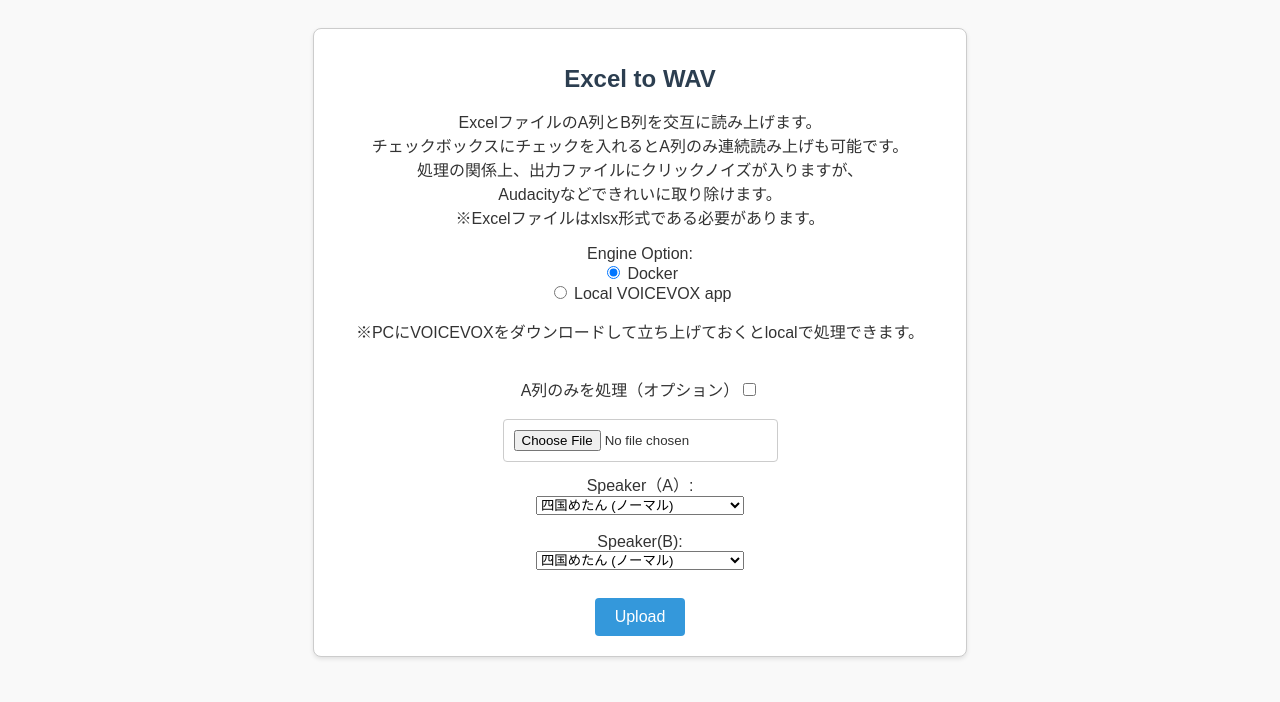
Repository: limonene213u/Excel-to-VOICE
Page: http://localhost/
These files come from the project's save history. The page is drawn as it stood at one moment and after the next save; the edit follows.
The browser window is 1280 px wide. The pictures show the whole page.
The page is served by the project's application, run on Flask 3 (volume/app.py).

Above is the page before, as saved 2023-10-11 11:01:29.

### volume/templates/index.html
<!DOCTYPE html>
<html lang="ja">
<head>
    <meta charset="UTF-8">
    <meta name="viewport" content="width=device-width, initial-scale=1.0">
    <title>VOICEVOX Excel to WAV</title>
    <style>
        body {
            font-family: Arial, sans-serif;
            padding: 20px;
            text-align: center;
            background-color: #f9f9f9;
            color: #333;
        }
        #upload-form {
            margin: auto;
            width: 50%;
            padding: 20px;
            border: 1px solid #ccc;
            border-radius: 8px;
            background-color: #fff;
            box-shadow: 0 2px 4px rgba(0,0,0,0.1);
        }
        #upload-form h1 {
            margin-bottom: 10px;
            font-size: 24px;
            color: #2c3e50;
        }
        #upload-form input[type="file"] {
            margin-bottom: 10px;
            padding: 10px;
            border: 1px solid #ccc;
            border-radius: 4px;
        }
        #upload-button {
            margin-top: 10px;
            padding: 10px 20px;
            border: none;
            border-radius: 4px;
            background-color: #3498db;
            color: #fff;
            font-size: 16px;
            cursor: pointer;
        }
        #upload-button:hover {
            background-color: #2980b9;
        }
    </style>
</head>
<body>
    <div id="upload-form">
        <h1>Excel to WAV</h1>
        <p style="text-align: center;">ExcelファイルのA列とB列を交互に読み上げます。<br>
            チェックボックスにチェックを入れるとA列のみ連続読み上げも可能です。<br>
        処理の関係上、出力ファイルにクリックノイズが入りますが、<br>
        Audacityなどできれいに取り除けます。<br>
        ※Excelファイルはxlsx形式である必要があります。</p>
    <form action="/upload" method="post" enctype="multipart/form-data">
        <label for="engine-option">Engine Option:</label><br>
        <input type="radio" id="docker-engine" name="engine-option" value="docker" checked>
        <label for="docker-engine">Docker</label><br>
        <input type="radio" id="local-engine" name="engine-option" value="local">
        <label for="local-engine">Local VOICEVOX app</label><br>
        <p style="text-align: center;">※PCにVOICEVOXをダウンロードして立ち上げておくとlocalで処理できます。</p><br>
        <label for="single_column">A列のみを処理（オプション）</label><input type="checkbox" name="single_column" id="single_column"><br><br>
        <input type="file" name="file" accept=".xlsx" required>
        <br>
        <label for="speaker-id-a">Speaker（A）:</label><br>
        <select id="speaker-id-a" name="speaker-id-a">
            <option value="2">四国めたん (ノーマル)</option>
            <option value="0">四国めたん (あまあま)</option>
            <option value="36">四国めたん (ささやき)</option>
            <option value="3">ずんだもん (ノーマル)</option>
            <option value="1">ずんだもん (あまあま)</option>
            <option value="22">ずんだもん (ささやき)</option>
            <option value="38">ずんだもん (ひそひそ)</option>
            <option value="8">春日部つむぎ (ノーマル)</option>
            <option value="23">WhiteCUL (ノーマル)</option>
            <option value="24">WhiteCUL (たのしい)</option>
            <option value="25">WhiteCUL (かなしい)</option>
            <option value="26">WhiteCUL (びえーん)</option>
            <option value="30">No.7 (アナウンス)</option>
            <option value="31">No.7 (読み聞かせ)</option>
            <!-- ... 他の話者のオプションを追加するにゃん -->
            <option value="50">ナースロボ＿タイプＴ (内緒話)</option>
        </select><br><br>
            <!-- 2つ目の話者を選択するドロップダウンメニューを追加にゃん -->
            <label for="speaker-id-b">Speaker(B):</label><br>
            <select name="speaker-id-b" id="speaker-id-b">
                <!-- ここに話者のオプションを追加するにゃん -->
                <option value="2">四国めたん (ノーマル)</option>
                <option value="0">四国めたん (あまあま)</option>
                <option value="36">四国めたん (ささやき)</option>
                <option value="3">ずんだもん (ノーマル)</option>
                <option value="1">ずんだもん (あまあま)</option>
                <option value="22">ずんだもん (ささやき)</option>
                <option value="38">ずんだもん (ひそひそ)</option>
                <option value="8">春日部つむぎ (ノーマル)</option>
                <option value="23">WhiteCUL (ノーマル)</option>
                <option value="24">WhiteCUL (たのしい)</option>
                <option value="25">WhiteCUL (かなしい)</option>
                <option value="26">WhiteCUL (びえーん)</option>
                <option value="30">No.7 (アナウンス)</option>
                <option value="31">No.7 (読み聞かせ)</option>
                <!-- ... 他の話者のオプションを追加するにゃん -->
                <option value="50">ナースロボ＿タイプＴ (内緒話)</option>
        </select><br><br>
        <input type="submit" value="Upload" id="upload-button">
    </form>
</body>
</html>

### volume/app.py
# app.py
from flask import Flask, render_template, request, send_file, jsonify, redirect, url_for, send_from_directory, Blueprint, make_response
import openpyxl
import requests
import json
import wave

app = Flask(__name__, static_folder='./static', template_folder='./templates')

@app.route('/')
def index():
    return render_template('index.html')

def generate_silence(duration_ms, sample_rate=24000):
    # 無音データのサンプル数を計算
    num_samples = int(duration_ms * sample_rate / 1000)
    # すべてのサンプル値が0のバイト列を作成
    silence_data = b'\x00' * (num_samples * 2)  # 16-bit PCMなので2バイト/サンプル
    return silence_data

def process_cell(cell, speaker_id, engine_url):
    cell_value = cell.value
    if cell_value:
        # 音声化する文言と話者を指定(3で標準ずんだもんになる)
        params = (
            ('text', cell_value),
            ('speaker', speaker_id),  # ドロップダウンメニューで選択された話者IDを使用
        )
        # 音声合成用のクエリ作成
        query = requests.post(
            f'{engine_url}/audio_query',  # エンジンのURLを動的に変更
            params=params
        )
        # 音声合成を実施
        synthesis = requests.post(
            f'{engine_url}/synthesis',  # エンジンのURLを動的に変更
            headers={"Content-Type": "application/json"},
            params=params,
            data=json.dumps(query.json())
        )
        return synthesis.content  # 音声データを返す
    return b''  # ここを追加

@app.route('/upload', methods=['POST'])
def upload_file():
    file = request.files['file']
    engine_option = request.form['engine-option']
    speaker_id_a = request.form['speaker-id-a']  # A列の話者IDを取得する
    speaker_id_b = request.form['speaker-id-b']  # B列の話者IDを取得する
    single_column = request.form.get('single_column') == 'on'  # チェックボックスの値を取得する
    engine_url = 'http://host.docker.internal:50021' if engine_option == 'local' else 'http://voicevox:50021'

    if file:
        # Excelファイルを処理
        workbook = openpyxl.load_workbook(file)
        sheet = workbook.active

        wav_data = b''  # 連結された音声データを保持する
        silence_data = generate_silence(500)  # 500ミリ秒の無音データを生成する

        # チェックボックスがオンの場合は2行目から処理する
        for row_idx in range(2, sheet.max_row + 1):
            if single_column:  # チェックボックスがオンの場合はA列のみを処理する
                col_idx = 1
                wav_data += process_cell(sheet.cell(row=row_idx, column=col_idx), speaker_id_a, engine_url)
            else:  # チェックボックスがオフの場合はA列→B列の順に処理する
                wav_data += process_cell(sheet.cell(row=row_idx, column=1), speaker_id_a, engine_url)
                wav_data += silence_data  # A列とB列の間に無音領域を追加する
                wav_data += process_cell(sheet.cell(row=row_idx, column=2), speaker_id_b, engine_url)

        # wavファイルを保存
        wav_file_path = 'output.wav'
        with wave.open(wav_file_path, 'wb') as wav_file:
            wav_file.setnchannels(1)
            wav_file.setsampwidth(2)  # 16-bit PCM
            wav_file.setframerate(24000)
            wav_file.writeframes(wav_data)

        return send_file(wav_file_path, as_attachment=True)

if __name__ == '__main__':
    app.run(host='0.0.0.0', port=5000, debug=True)

After the next save:
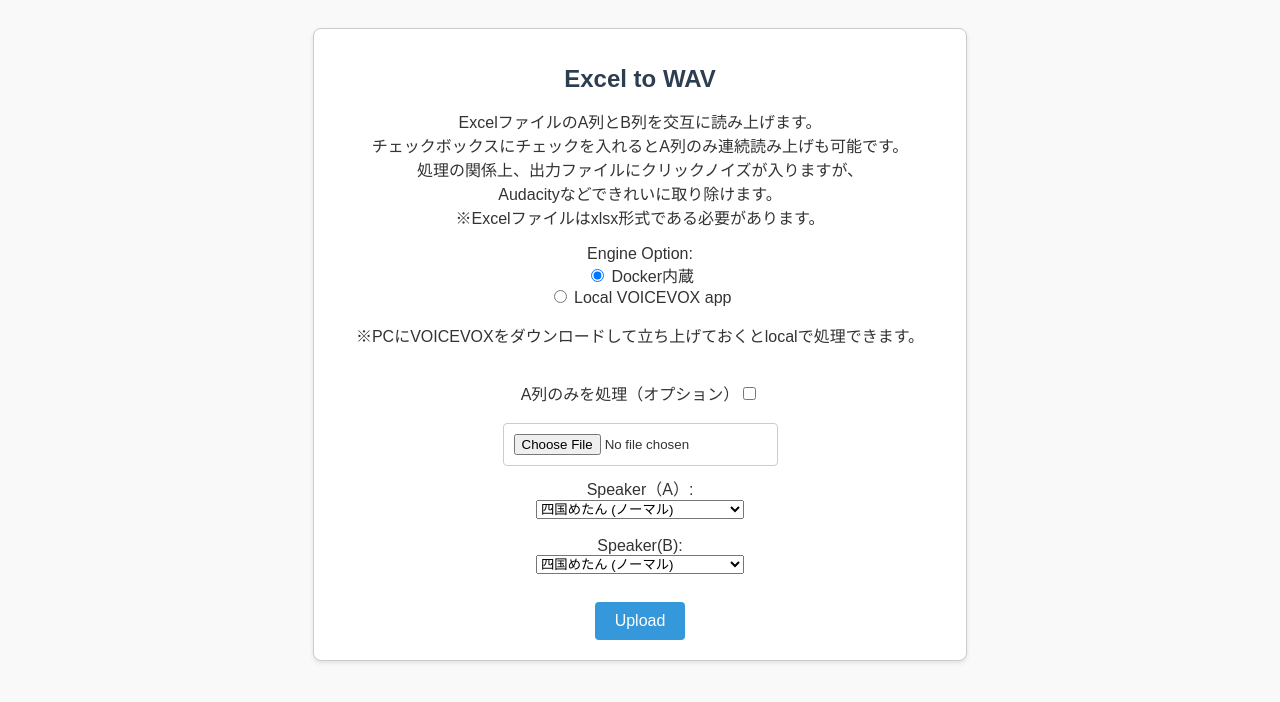
Saved 18 s later.
--- a/volume/templates/index.html
+++ b/volume/templates/index.html
@@ -58,7 +58,7 @@
     <form action="/upload" method="post" enctype="multipart/form-data">
         <label for="engine-option">Engine Option:</label><br>
         <input type="radio" id="docker-engine" name="engine-option" value="docker" checked>
-        <label for="docker-engine">Docker</label><br>
+        <label for="docker-engine">Docker内蔵</label><br>
         <input type="radio" id="local-engine" name="engine-option" value="local">
         <label for="local-engine">Local VOICEVOX app</label><br>
         <p style="text-align: center;">※PCにVOICEVOXをダウンロードして立ち上げておくとlocalで処理できます。</p><br>
